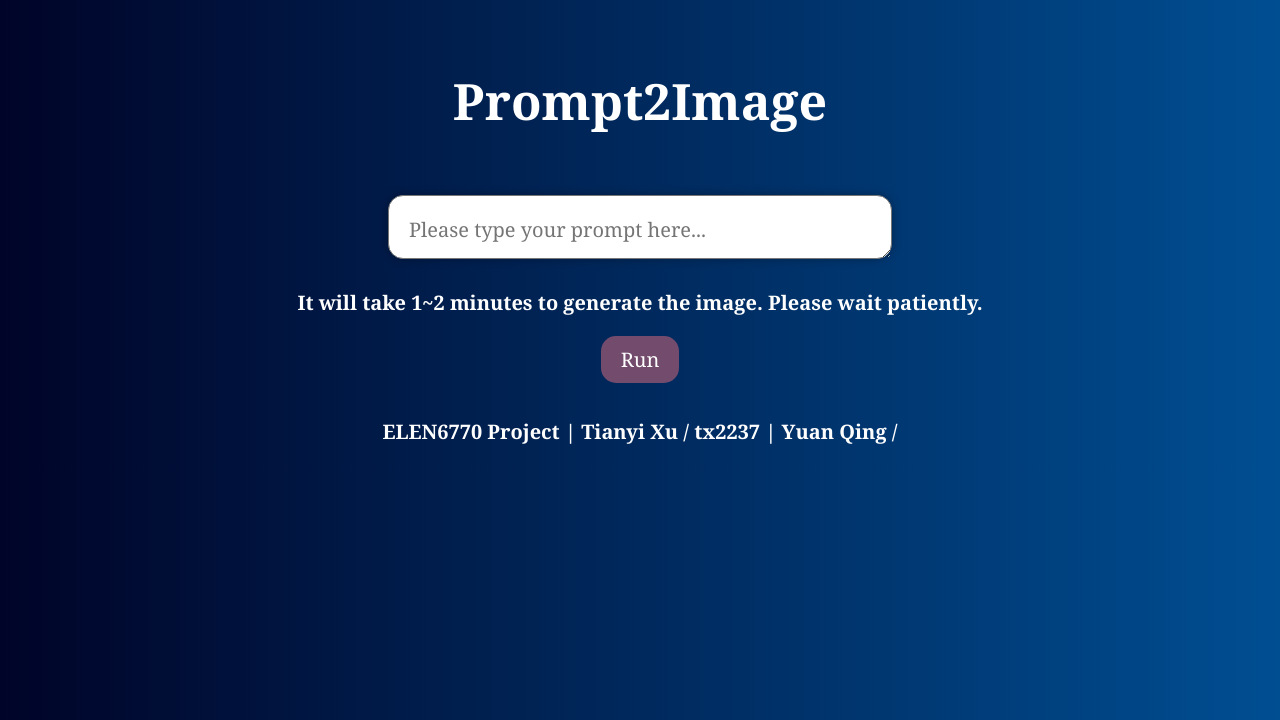
Repository: XTTTZ/Prompt2Image
Page: main3.html
The author's editor kept a copy of each file at every save. The page is drawn from the files as they stood at one save, then again after the next save.
The browser window is 1280 px wide. The pictures show the whole page.
The page's requests for data from a server got no answer.

Above is the page before, as saved 2023-11-30 22:50:44.

After the next save:
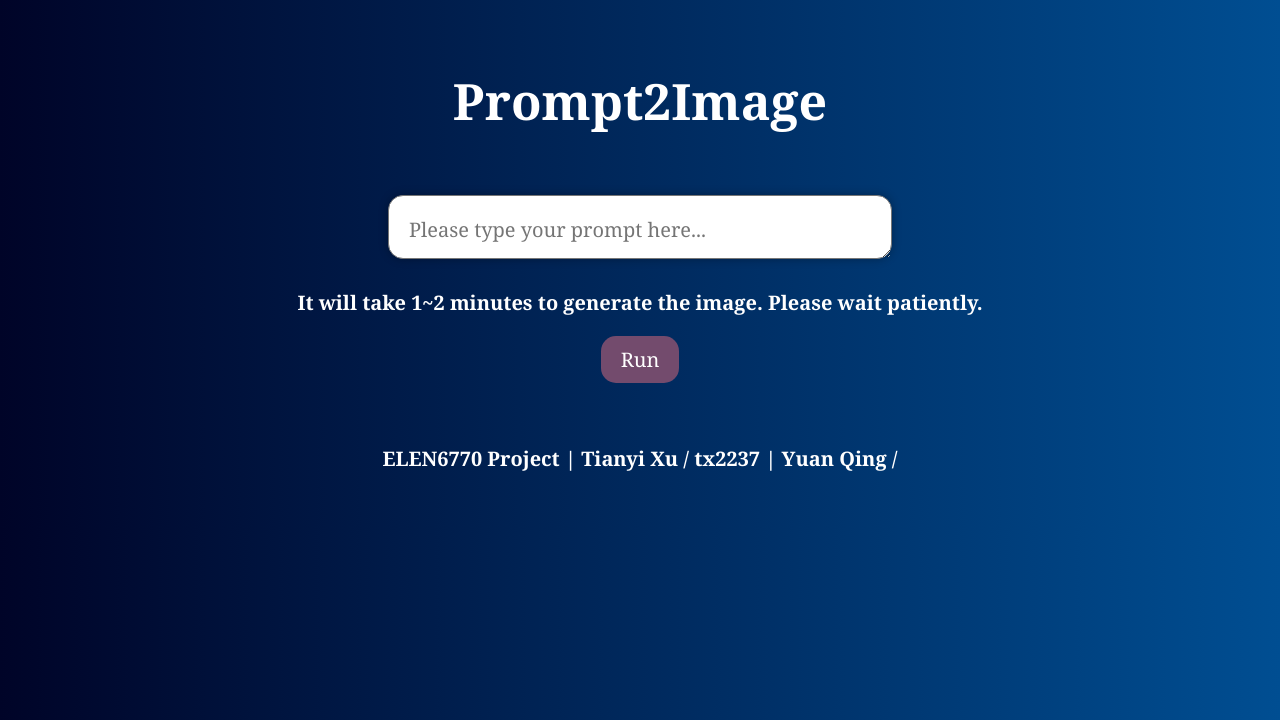
Saved 10 s later.
--- a/main3.html
+++ b/main3.html
@@ -119,7 +119,7 @@
         <button id="downloadButton" onclick="downloadImages()" style="display:none">Download Images</button>
     </form>
 
-    <label style="margin:; bottom:0; text-align: center;width:100%">
+    <label style="margin:80vh; bottom:0; text-align: center;width:100%">
         <p>ELEN6770 Project | Tianyi Xu / tx2237 | Yuan Qing / </p>
     </label>
 
